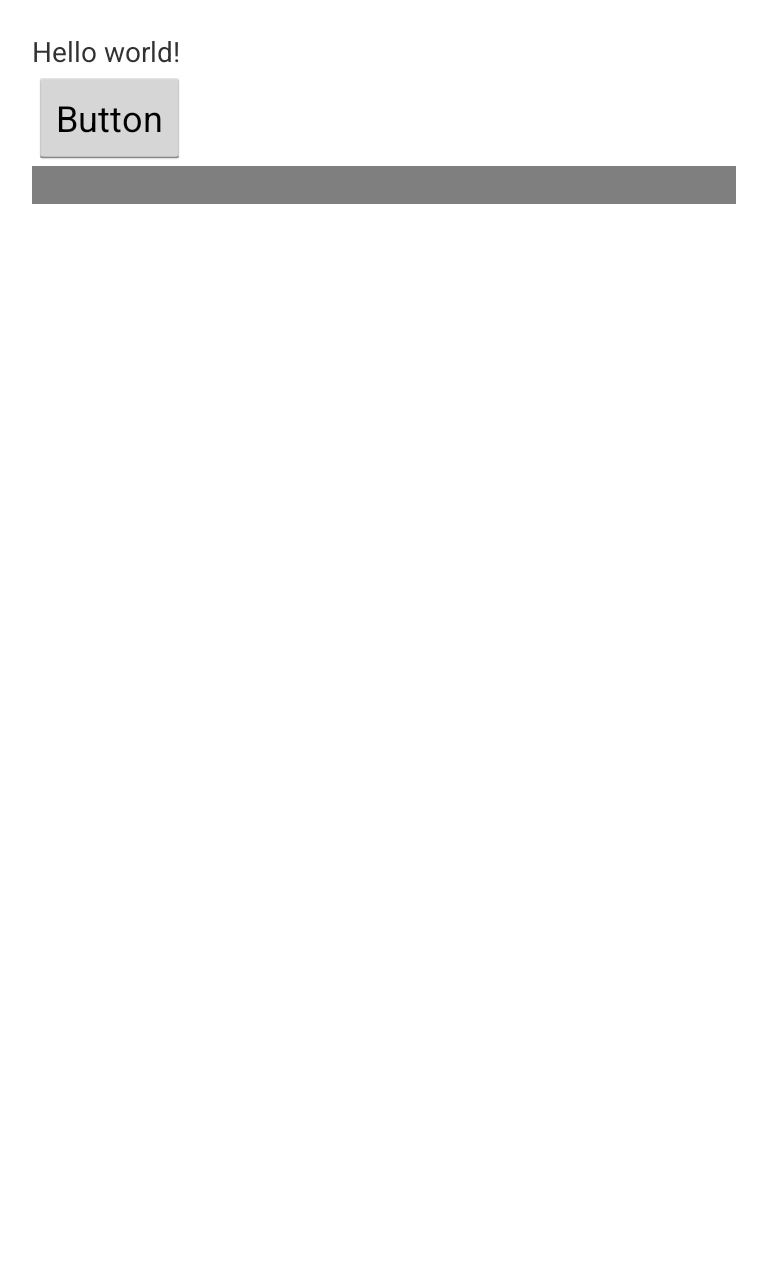
Repository: xingchenxuanfeng/MyStudyForAndroid
Layout: Fragmenttest/res/layout/activity_main.xml
An editor plug-in stored every save of this project. The layout is shown before and after the next save, followed by the edit.
Pictures or frames that could not be fetched are drawn as grey boxes. It is drawn on a 768 x 1280 px phone screen (xhdpi) without system bars, with theme AppTheme; the app's code is not run.

Above is the layout before, as saved 2015-06-12 02:17:43.

After the next save:
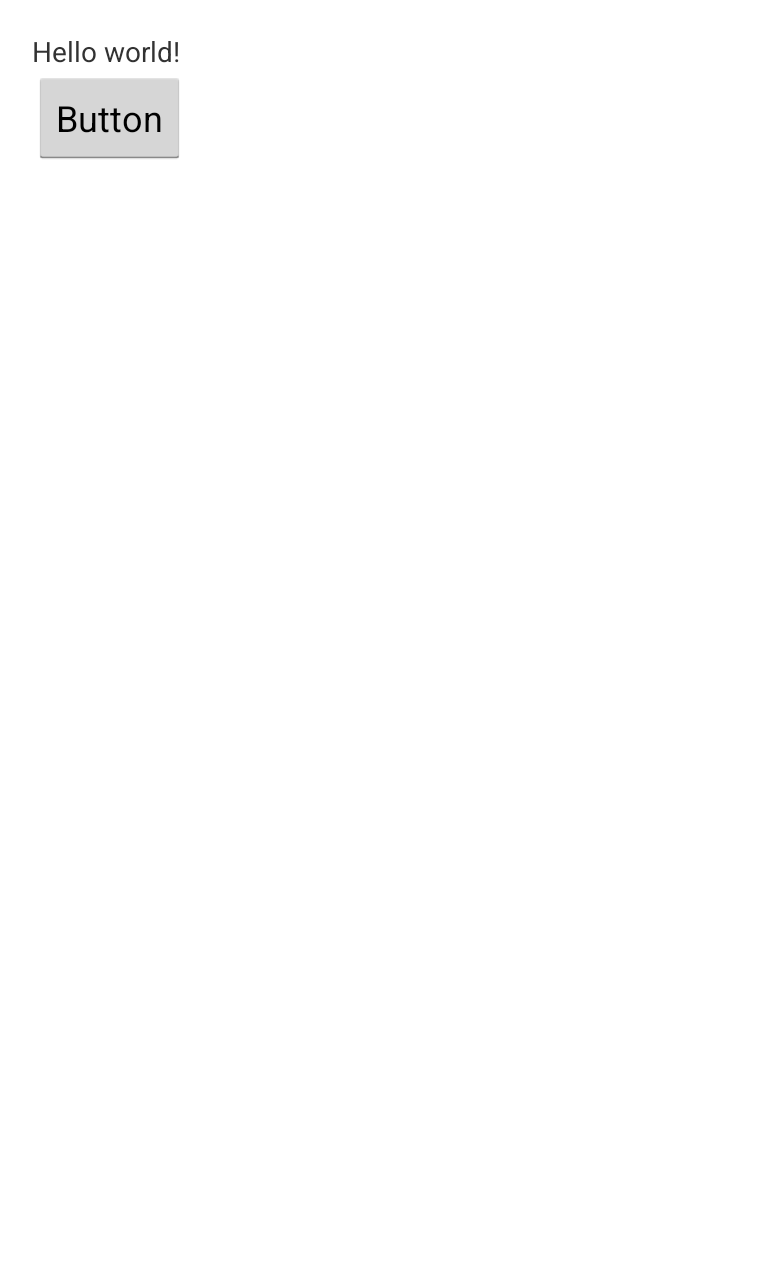
Saved 4 min 38 s later.
--- a/Fragmenttest/res/layout/activity_main.xml
+++ b/Fragmenttest/res/layout/activity_main.xml
@@ -21,13 +21,13 @@
         android:layout_below="@+id/tv"
         android:text="Button" />
 
-    <fragment
+   <!--  <fragment
         android:id="@+id/fragment1"
         android:name="com.example.fragmenttest.Fragment1"
         android:layout_width="match_parent"
         android:layout_height="wrap_content"
         android:layout_below="@+id/button1"
         tools:context=".Fragment1"
-        tools:layout="@layout/fragement1" />
+        tools:layout="@layout/fragement1" /> -->
 
 </RelativeLayout>
